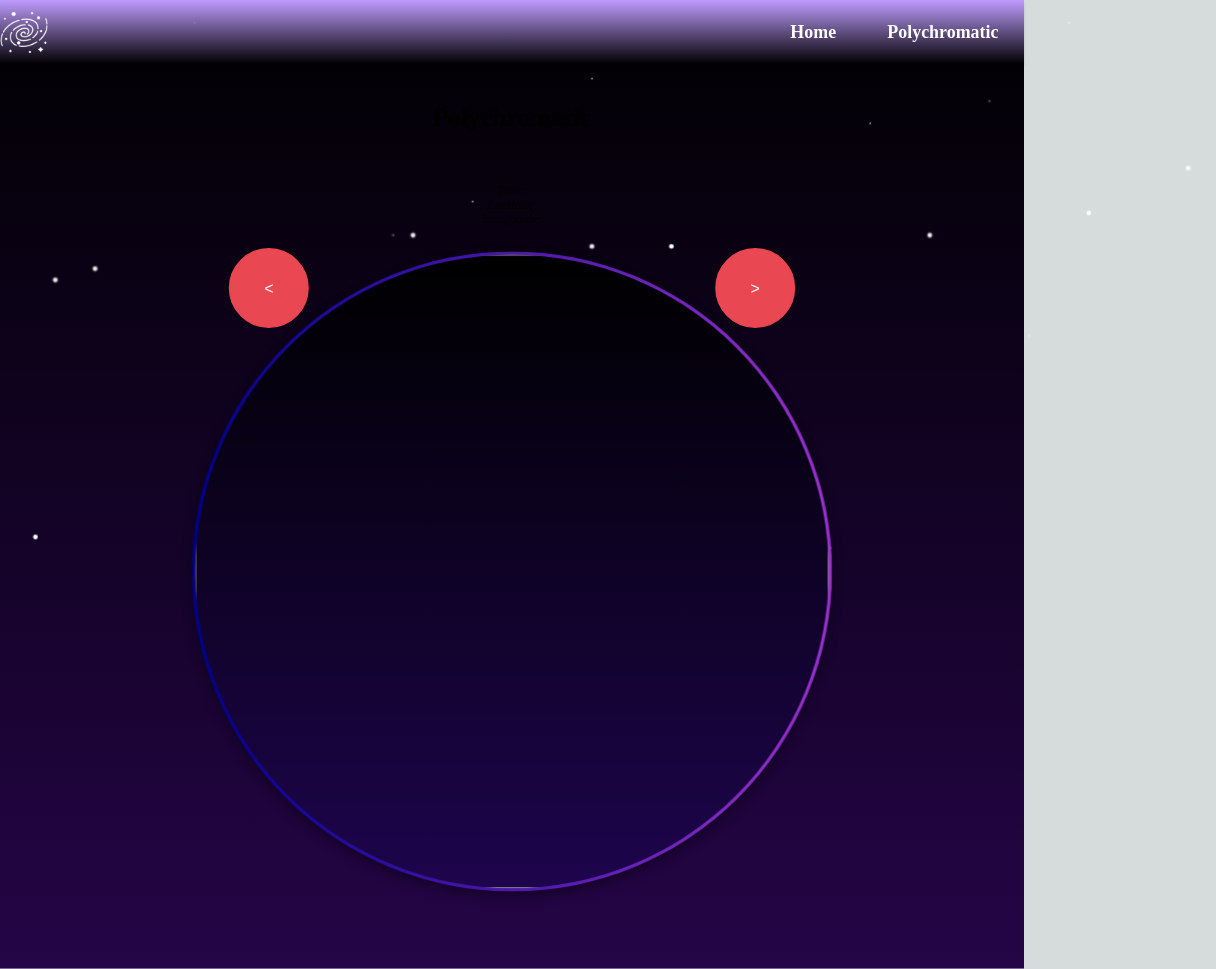
Repository: KayceeNguyen/DAI_W07_NASA
Page: /polychromatic
These files come from the project's save history. The page is drawn as it stood at one moment and after the next save; the edit follows.
The browser window is 1280 px wide. The page is 1280 px wide, then 1520 px, so the pictures cover 1520 px, including what lies to the right of the window. The pictures show the whole page, at 80% of full size.
The page's requests for data from a server got no answer. The project was rebuilt for these pictures with package versions that can differ from the ones it lists, and the page was loaded fresh each time. The framework's server and built-in components were replaced by stand-ins that run in the browser. No one was signed in, and anything a server would have sent is missing. Also part of the build but not shown: next.config.js.

Above is the page before, as saved 2023-02-17 01:37:00.

### pages/polychromatic.js
import { useEffect, useState } from "react"
import axios from "axios";
import Image from "next/image";
import styles from '@/styles/Home.module.css'
import HeaderBar from '@/comps/header'
import Galaxy from '@/comps/galaxy'
import Head from 'next/head'

export default function Polychromatic() {

    const [image, setImage] = useState([]);
    const [images, setImages] = useState([]);
    const [time, setTime] = useState([]);
    const [date, setDate] = useState('');
    const [coords, setCoords] = useState({})

    const [active, setActive] = useState(false);

    const [currentIndex, setCurrentIndex] = useState(0);

    const apiKey = "qO706hvtrjKPLwTwuCZ9XYxHnUPvhtQHSM6Ncmu8";
    const url = `https://epic.gsfc.nasa.gov/api/natural?api_key=${apiKey}`

    const getPolychromaticData = async () => {
        const res = await axios.get(url);
        const data = await res.data;
        console.log(data)

        const caption = data[currentIndex].caption;
        const date = data[currentIndex].date.split(" ")[0];


        const date_formatted = date.replaceAll("-","/")
        console.log(date_formatted);

        let times = [];
        let images = [];

    for (let i = 0; i < data.length; i++) {
    let time = data[i].date.split(" ")[1];
    let coords = data[i].centroid_coordinates;
    let imagePath = data[i].image;
    let image = `https://epic.gsfc.nasa.gov/archive/natural/${date_formatted}/png/${imagePath}.png`;

    times.push(time);

    images.push({
        image: image,
        time: time,
        coords: coords,
        caption: caption
    });
}

    setImages(images);
    setTime(times[0]);
    setCoords([images[0].coords.lat, images[0].coords.lon]);
    setImage(images[currentIndex]);

}

    useEffect(() => {
        getPolychromaticData();
    }, [currentIndex]);

    const nextImage = () => {
        setCurrentIndex((currentIndex + 1) % images.length);
    };

    const prevImage = () => {
        setCurrentIndex(
          currentIndex === 0 ? images.length - 1 : currentIndex - 1
        );
    };

    const handleImageLoad = () => {
        setActive(true);
      }

    return(
        <>

        <Head>
          <title>NASA TechPort & EPIC API</title>
          <meta name="description" content="The website showcases NASA's technologies using the TechPort and PIC API and offers daily full disc imagery of the Earth and unique astronomical events. Users can discover the technologies NASA is developing in propulsion, nanotechnology, robotics, and human health while enjoying stunning images of the universe." />
          <meta name="viewport" content="width=device-width, initial-scale=1" />
          <link rel="icon" href="/galaxy.png" />
        </Head>

            <HeaderBar />

            <Galaxy />



            <main className={styles.main}>
                <h1>Polychromatic</h1>
                <div className={styles.arrowContainer}>
                        <button className={styles.arrow} onClick={prevImage}>
                            &lt;
                        </button>
                        <button className={styles.arrow} onClick={nextImage}>
                            &gt;
                        </button>
                    </div>
                <div className={styles.bigEarthContainer}>
                    <div className={styles.bigEarthText}>
                        <div>Time: {image.time}</div>
                        <div>Latiitude: {coords[0]}</div>
                        <div>Longtitude: {coords[1]}</div>
                    </div>

                    <Image
                        src={image.image}
                        alt={image.caption}
                        width={800}
                        height={800}
                        className={`${styles.earthImage} ${active ? styles.active : ''}`}
                        onLoad={handleImageLoad}

                    />

                    {/* <div onClick={nextImage} className={styles.arrow}>
                        {">"}
                    </div> */}

                </div>




                {/* <table>
                    <thead>
                        <tr>
                            <th>Time</th>
                            <th>Latitude</th>
                            <th>Longtitude</th>
                            <th>Image</th>
                            <th></th>
                        </tr>
                    </thead>

                    <tbody>
                        {
                            images.map((e, i) => {
                                return (
                                    <tr key={i}>
                                        <td>{e.time}</td>
                                        <td>{e.coords.lat}</td>
                                        <td>{e.coords.lon}</td>
                                        <td>
                                            <Image
                                                src={e.image}
                                                alt={i}
                                                width={200}
                                                height={200}
                                            />
                                        </td>

                                        <td>
                                            <button onClick={() => {
                                                setImage(e.image)
                                                setTime(e.time)
                                                setCoords([e.coords.lat, e.coords.lon])
                                                console.log(image[i].image)
                                                document.body.scrollIntoView();

                                            }}>View</button>
                                        </td>
                                    </tr>
                                )
                            })
                        }
                    </tbody>
                </table> */}
            </main>
        </>
    )
}

Loaded but not shown: pages/_app.js (common file); pages/_document.js (common file); styles/globals.css (common file); comps/header.js (32 lines, source omitted); comps/galaxy.js (9 lines, source omitted); styles/Home.module.css (662 lines, source omitted)

After the next save:
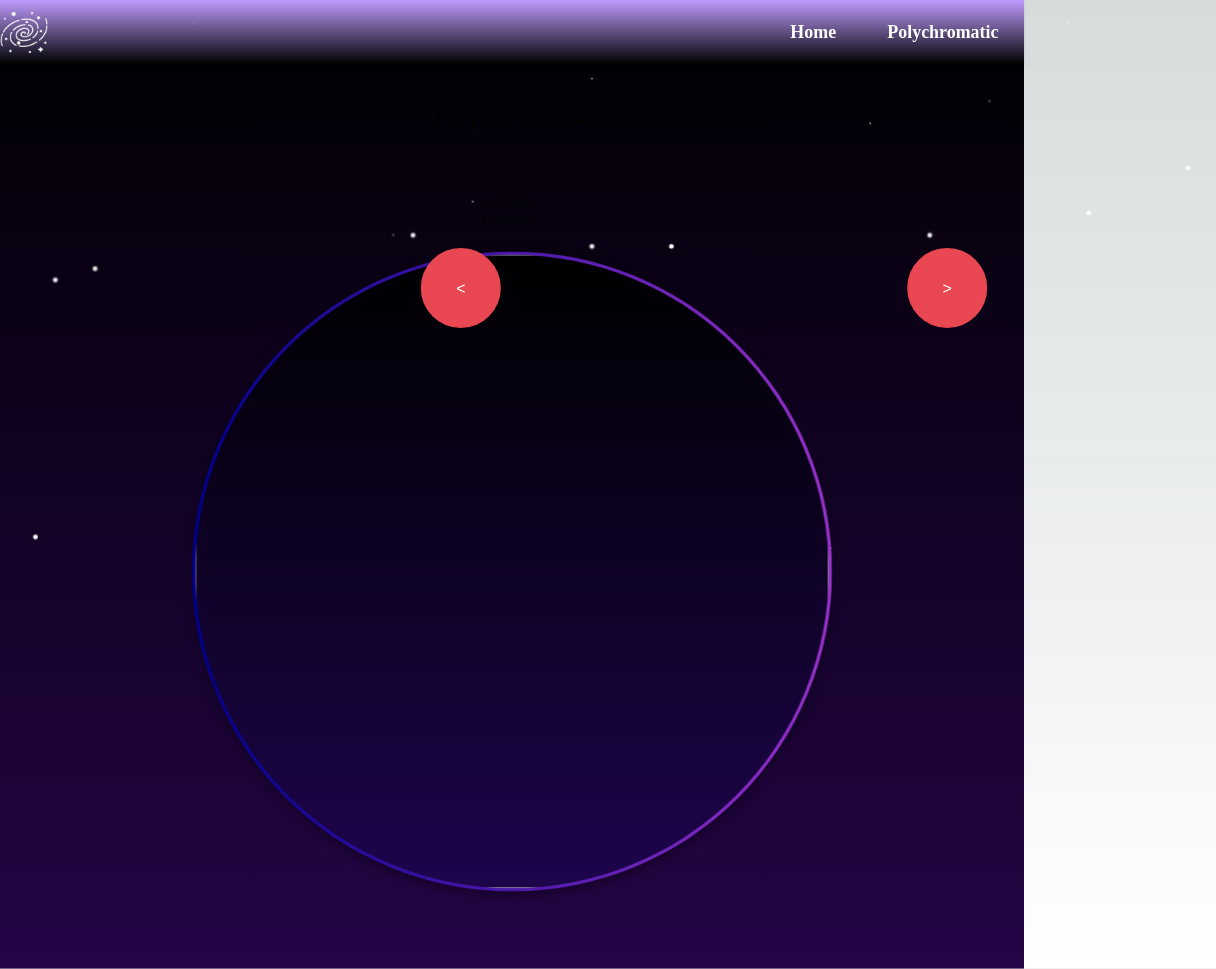
Saved 45 s later.
--- a/pages/polychromatic.js
+++ b/pages/polychromatic.js
@@ -95,34 +95,36 @@ export default function Polychromatic() {
 
             <main className={styles.main}>
                 <h1>Polychromatic</h1>
-                <div className={styles.arrowContainer}>
-                        <button className={styles.arrow} onClick={prevImage}>
-                            &lt;
-                        </button>
-                        <button className={styles.arrow} onClick={nextImage}>
-                            &gt;
-                        </button>
+                <div>
+                    <div className={styles.arrowContainer}>
+                            <button className={styles.arrow} onClick={prevImage}>
+                                &lt;
+                            </button>
+                            <button className={styles.arrow} onClick={nextImage}>
+                                &gt;
+                            </button>
+                        </div>
+                    <div className={styles.bigEarthContainer}>
+                        <div className={styles.bigEarthText}>
+                            <div>Time: {image.time}</div>
+                            <div>Latiitude: {coords[0]}</div>
+                            <div>Longtitude: {coords[1]}</div>
+                        </div>
+
+                        <Image
+                            src={image.image}
+                            alt={image.caption}
+                            width={800}
+                            height={800}
+                            className={`${styles.earthImage} ${active ? styles.active : ''}`}
+                            onLoad={handleImageLoad}
+
+                        />
+
+                        {/* <div onClick={nextImage} className={styles.arrow}>
+                            {">"}
+                        </div> */}
                     </div>
-                <div className={styles.bigEarthContainer}>
-                    <div className={styles.bigEarthText}>
-                        <div>Time: {image.time}</div>
-                        <div>Latiitude: {coords[0]}</div>
-                        <div>Longtitude: {coords[1]}</div>
-                    </div>
-
-                    <Image
-                        src={image.image}
-                        alt={image.caption}
-                        width={800}
-                        height={800}
-                        className={`${styles.earthImage} ${active ? styles.active : ''}`}
-                        onLoad={handleImageLoad}
-
-                    />
-
-                    {/* <div onClick={nextImage} className={styles.arrow}>
-                        {">"}
-                    </div> */}
 
                 </div>
 
